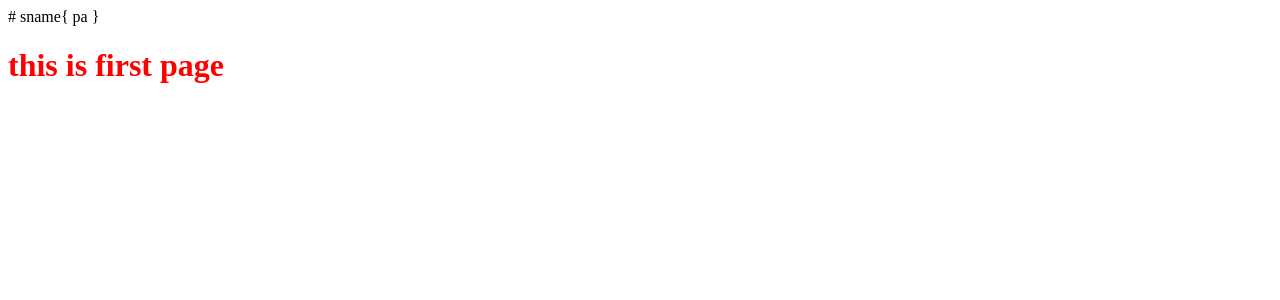
Repository: vkashsolanki/ORM-based-Java
Page: ECommerceProject/MyKart/src/main/webapp/index.html
An editor plug-in stored every save of this project. The page is shown before and after the next save, followed by the edit.
The browser window is 1280 px wide. The pictures show the whole page.

Above is the page before, as saved 2023-05-01 15:10:15.

### ECommerceProject/MyKart/src/main/webapp/index.html
<!DOCTYPE html>
<html>
<head>

<meta charset="ISO-8859-1">
<title>Home:Page</title>

</head>
# sname{
pa
}
<body>
<div>
<h1 class="container" text-primary id="hname" style ="color: red">this is first page</h1>
</div>
</body>
</html>

After the next save:
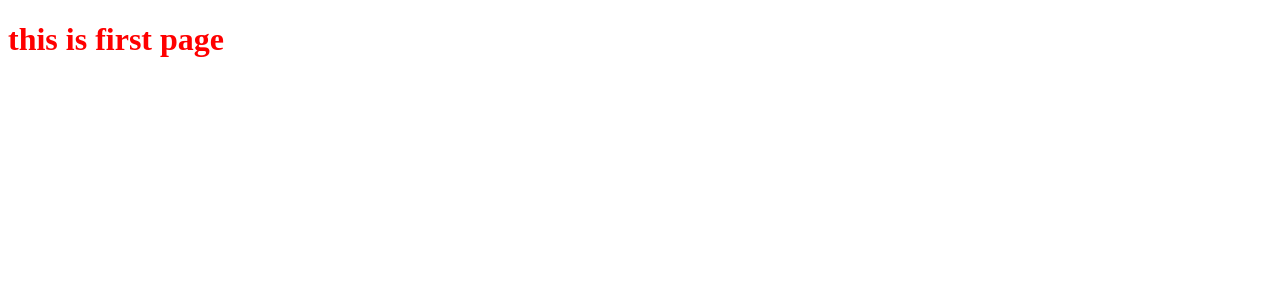
Saved 13 s later.
--- a/ECommerceProject/MyKart/src/main/webapp/index.html
+++ b/ECommerceProject/MyKart/src/main/webapp/index.html
@@ -6,9 +6,7 @@
 <title>Home:Page</title>
 
 </head>
-# sname{
-pa
-}
+
 <body>
 <div>
 <h1 class="container" text-primary id="hname" style ="color: red">this is first page</h1>
